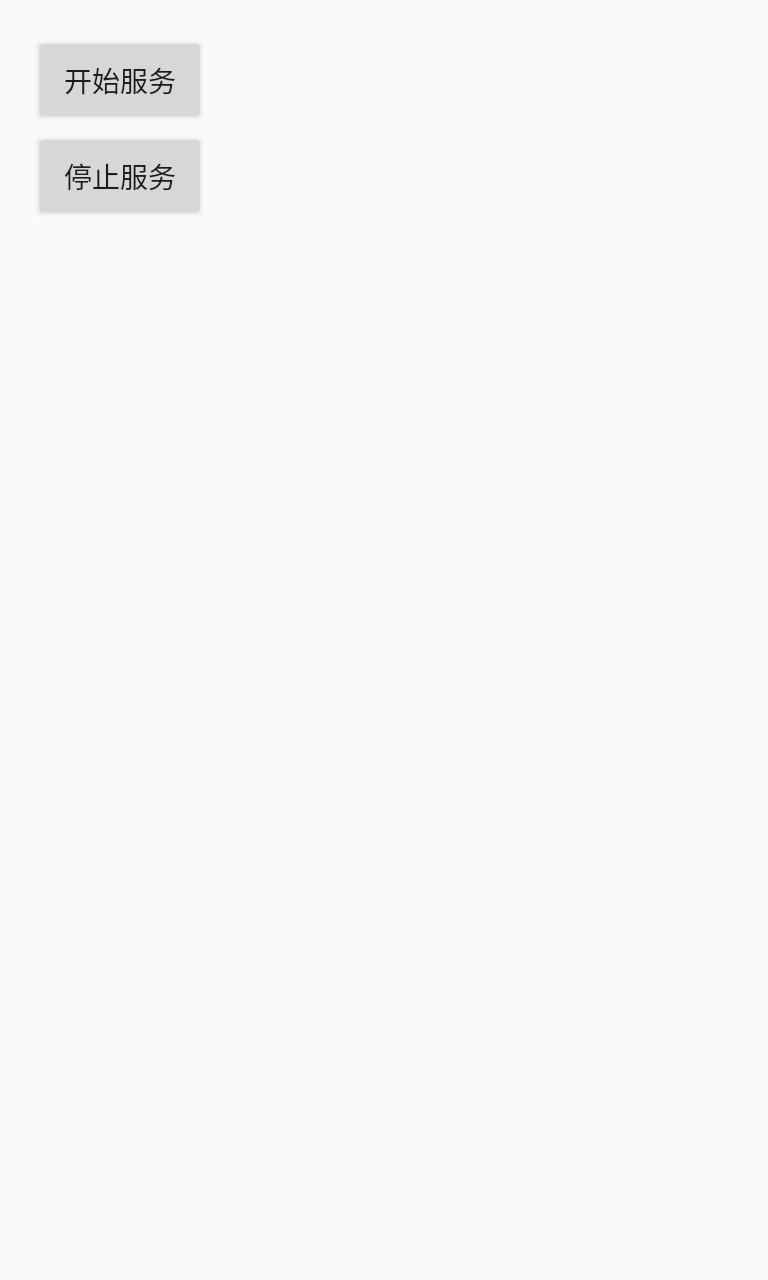
Repository: vampire08ms/Android_Project
Layout: Ring/res/layout/activity_service_test.xml
An editor plug-in stored every save of this project. The layout is shown before and after the next save, followed by the edit.
It is drawn on a 768 x 1280 px phone screen (xhdpi) without system bars, with theme AppTheme; the app's code is not run.

Above is the layout before, as saved 2015-02-22 06:19:56.

After the next save:
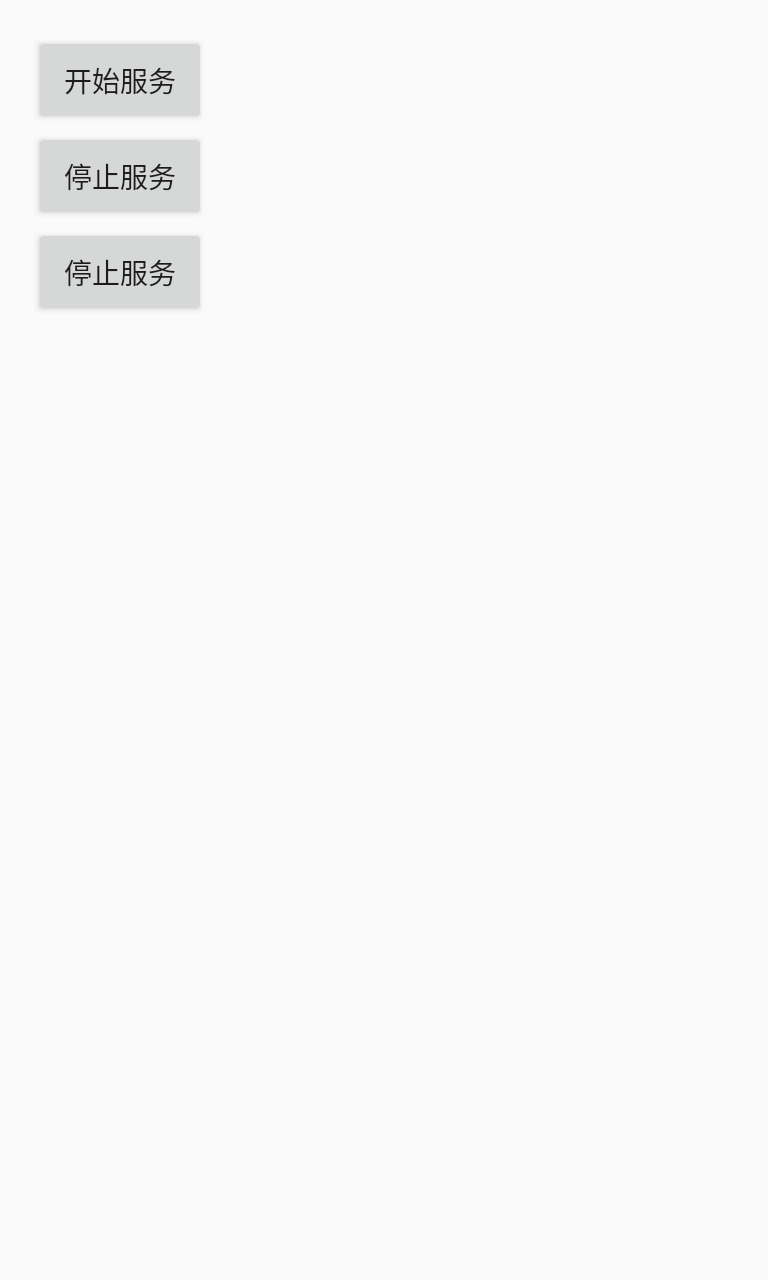
Saved 53 s later.
--- a/Ring/res/layout/activity_service_test.xml
+++ b/Ring/res/layout/activity_service_test.xml
@@ -24,6 +24,12 @@
             android:layout_width="wrap_content"
             android:layout_height="wrap_content"
             android:text="停止服务" />
+
+        <Button
+            android:id="@+id/stopServiceButton"
+            android:layout_width="wrap_content"
+            android:layout_height="wrap_content"
+            android:text="停止服务" />
     </LinearLayout>
 
 </RelativeLayout>
